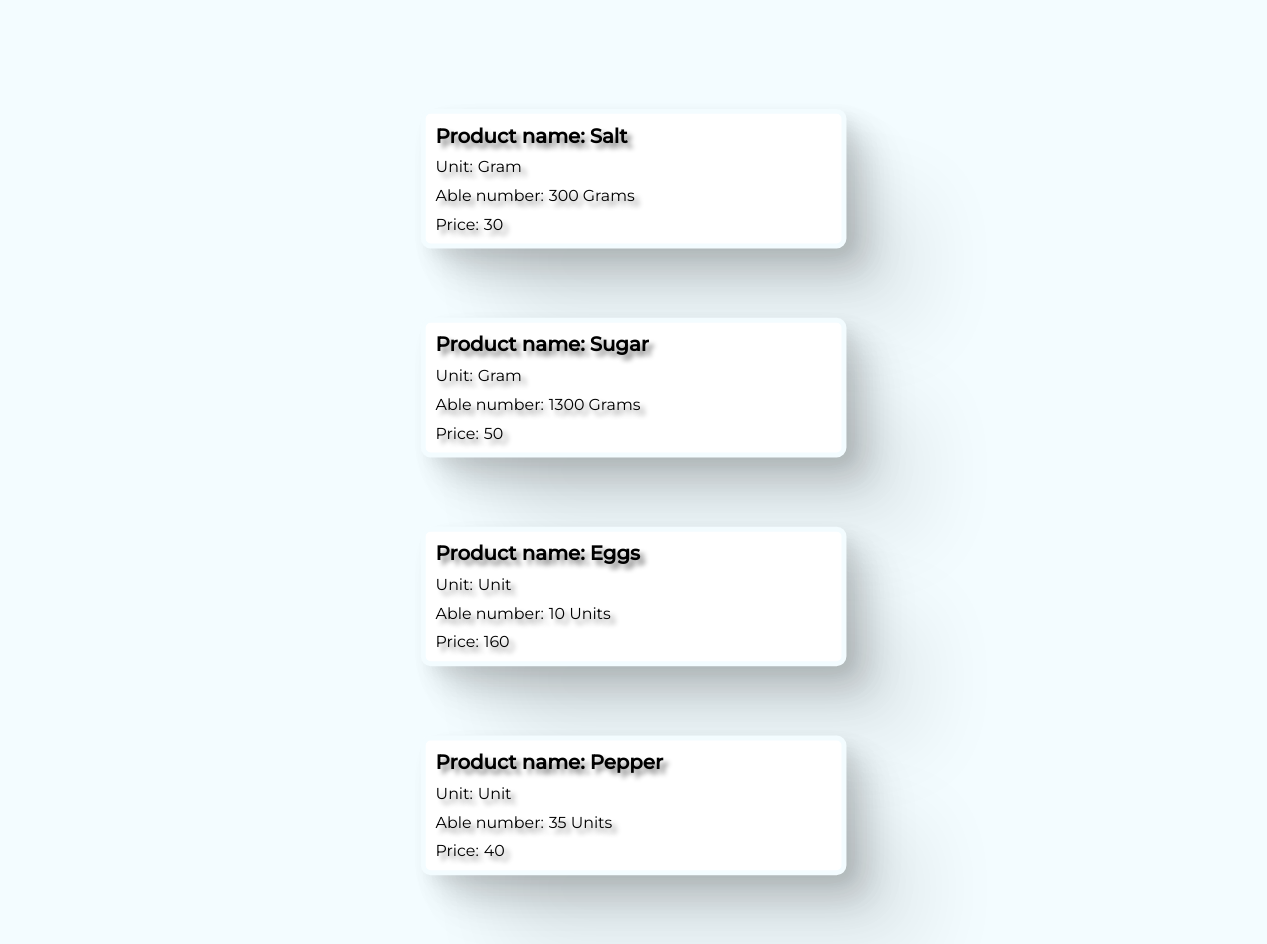
Repository: OlexandraKovach2/Vue
Page: / (app in vuexam/brila-exam/)
These files come from the project's save history. The page is drawn as it stood at one moment and after the next save; the edit follows.
The browser window is 1280 px wide. The pictures show the whole page, at 99% of full size.
The project was rebuilt for these pictures with package versions that can differ from the ones it lists, and the page was loaded fresh each time. Also part of the build but not shown: vuexam/brila-exam/vue.config.js.

Above is the page before, as saved 2022-11-08 22:13:15.

After the next save:
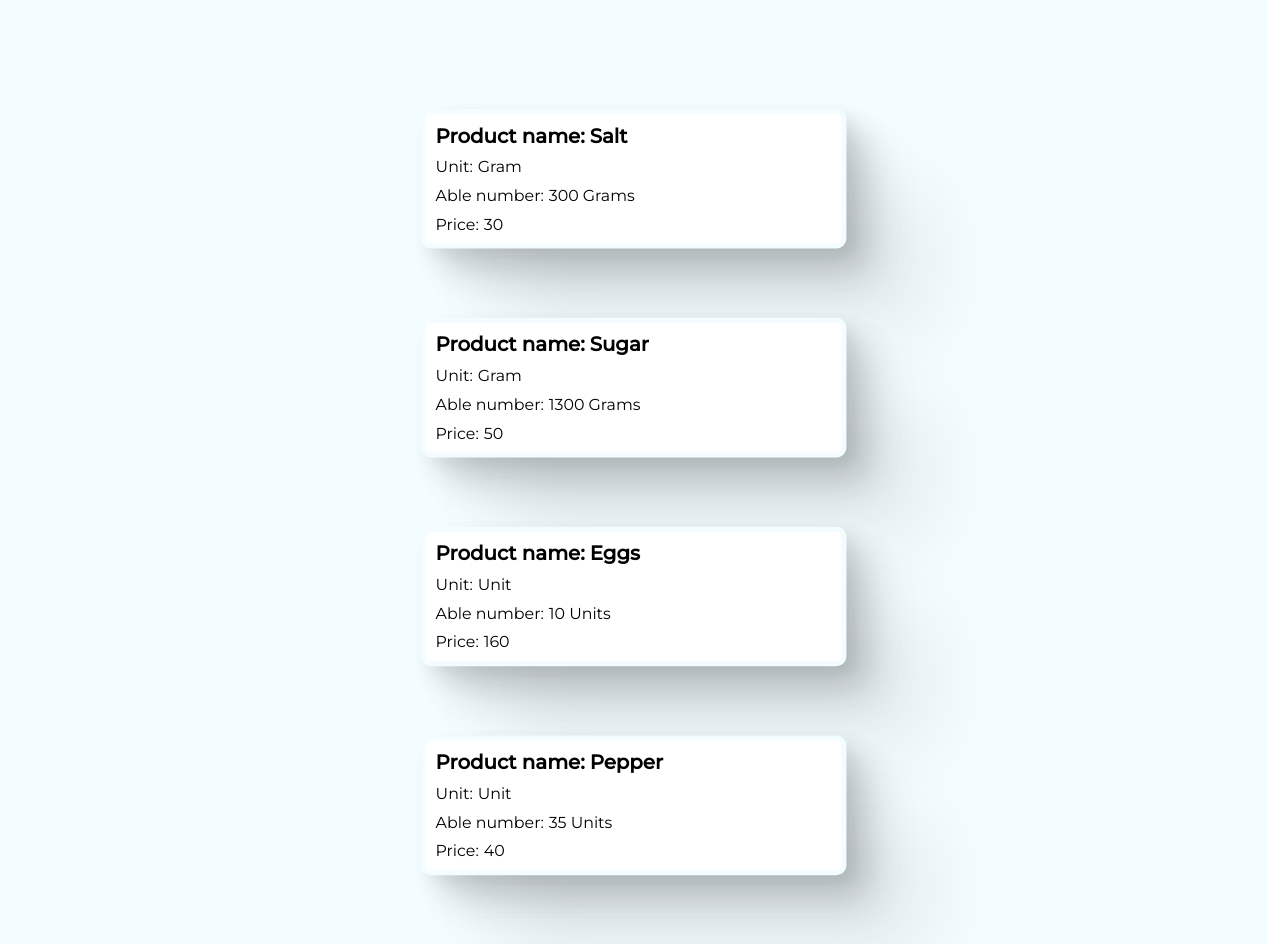
Saved 15 s later.
--- a/vuexam/brila-exam/src/components/ObjectTable/ObjectBase.vue
+++ b/vuexam/brila-exam/src/components/ObjectTable/ObjectBase.vue
@@ -91,7 +91,7 @@
 .info-row:hover{
     scale: 1.04;
     color: rgb(0, 0, 255);
-
+    text-shadow: 5px 5px 5px rgba(0, 0, 0, 0.466);
 }
 .info-row:hover:first-child{
     scale: 1.07;
@@ -101,9 +101,5 @@
     font-size: 20px;
     font-weight: 600;
 }
-.info-row{
-    div{
-        text-shadow: 5px 5px 5px rgba(0, 0, 0, 0.466);
-    }
-}
+
 </style>
